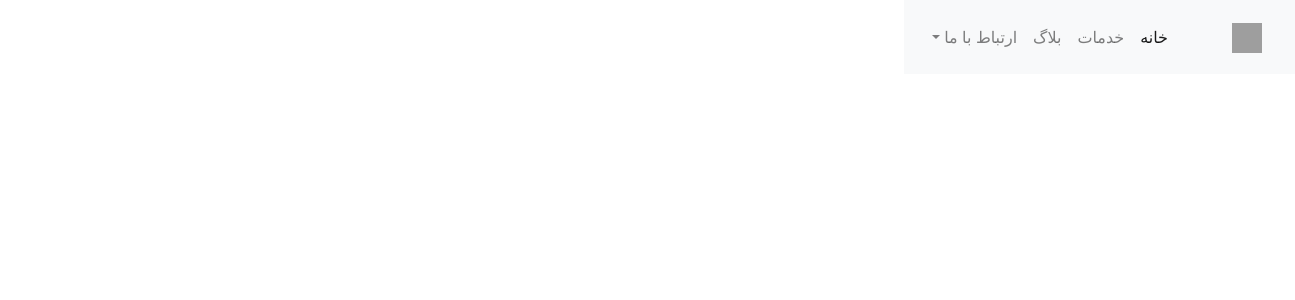
Repository: FENiki/colorlib-accounting
Page: index.html
These files come from the project's save history. The page is drawn as it stood at one moment and after the next save; the edit follows.
The browser window is 1280 px wide. The page is 1295 px wide, so the pictures cover 1295 px, including what lies to the right of the window. The pictures show the whole page.
Pictures or frames that could not be fetched are drawn as grey boxes.

Above is the page before, as saved 2021-07-06 07:23:50.

### index.html
<!DOCTYPE html>
<html lang="en">
  <head>
    <meta charset="utf-8" />
    <meta
      name="viewport"
      content="width=device-width, initial-scale=1, shrink-to-fit=no"
    />
    <title>Pardakhtino</title>

    <link rel="stylesheet" href="/assets/css/bootstrap.min.css" />
    <link rel="stylesheet" href="/assets/css/style.css" />
    <link
      rel="stylesheet"
      href="https://cdnjs.cloudflare.com/ajax/libs/font-awesome/4.7.0/css/font-awesome.min.css"
    />
  </head>
  <body>
<header>
    <div class="row">
<div class="header-row">
  <nav class="navbar navbar-expand-lg navbar-light bg-light">
    <nav class="navbar navbar-light bg-light">
      <a class="navbar-brand" href="#">
        <img src="/assets/images/logo-menu-white.png" width="30" height="30" alt="">
      </a>
    </nav>
    <button class="navbar-toggler" type="button" data-toggle="collapse" data-target="#navbarNavDropdown" aria-controls="navbarNavDropdown" aria-expanded="false" aria-label="Toggle navigation">
      <span class="navbar-toggler-icon"></span>
    </button>
    <div class="collapse navbar-collapse" id="navbarNavDropdown">
      <ul class="navbar-nav">
        <li class="nav-item active">
          <a class="nav-link" href="#" >خانه <span class="sr-only">(current)</span></a>
        </li>
        <li class="nav-item">
          <a class="nav-link" href="#">خدمات</a>
        </li>
        <li class="nav-item">
          <a class="nav-link" href="#">بلاگ</a>
        </li>
        <li class="nav-item dropdown">
          <a class="nav-link dropdown-toggle" href="#" id="navbarDropdownMenuLink" data-toggle="dropdown" aria-haspopup="true" aria-expanded="false">
            ارتباط با ما
          </a>
          <div class="dropdown-menu" aria-labelledby="navbarDropdownMenuLink">
            <a class="dropdown-item" href="#">Action</a>
            <a class="dropdown-item" href="#">Another action</a>
            <a class="dropdown-item" href="#">Something else here</a>
          </div>
        </li>
      </ul>
    </div>
  </nav>
</div>
    </div>
</header>




    <script src="/assets/js/jquery-3.5.1.slim.min.js"></script>
    <script src="/assets/js/popper.min.js"></script>
    <script src="/assets/js/bootstrap.min.js"></script>
  </body>
</html>

### assets/css/style.css
body{
    margin-top: 0;
    padding: 0;
direction: rtl;
}
.header-row{
  height: 45px;

}







@media screen and  (min-width: 300px) and (max-width:576px) {
}

@media screen and (min-width:576px) and (max-width: 768px){

  }
@media screen and (min-width:768px) and (max-width: 922px){

  }
@media screen and  (min-width:992px) and (max-width: 1200px){

  }

Loaded but not shown: assets/css/bootstrap.min.css (library); assets/js/jquery-3.5.1.slim.min.js (library); assets/js/popper.min.js (library); assets/js/bootstrap.min.js (library)

After the next save:
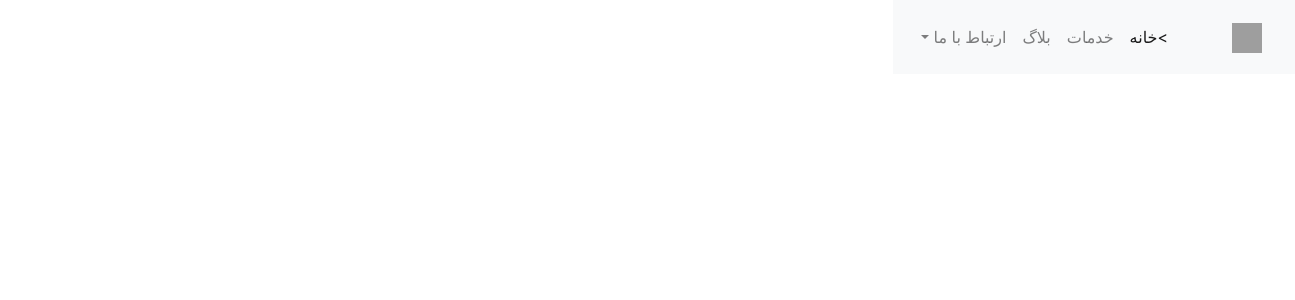
Saved 35 s later.
--- a/index.html
+++ b/index.html
@@ -31,7 +31,7 @@
     <div class="collapse navbar-collapse" id="navbarNavDropdown">
       <ul class="navbar-nav">
         <li class="nav-item active">
-          <a class="nav-link" href="#" >خانه <span class="sr-only">(current)</span></a>
+          <a class="nav-link" href="#" id="navbarDropdownMenuLink" data-toggle="dropdown" aria-haspopup="true" aria-expanded="false">>خانه <span class="sr-only">(current)</span></a>
         </li>
         <li class="nav-item">
           <a class="nav-link" href="#">خدمات</a>

After the save that followed:
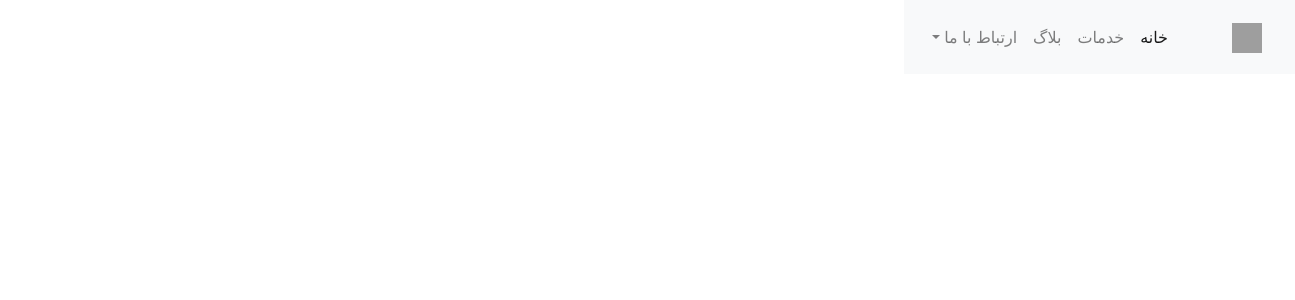
Saved 38 s later.
--- a/index.html
+++ b/index.html
@@ -31,7 +31,7 @@
     <div class="collapse navbar-collapse" id="navbarNavDropdown">
       <ul class="navbar-nav">
         <li class="nav-item active">
-          <a class="nav-link" href="#" id="navbarDropdownMenuLink" data-toggle="dropdown" aria-haspopup="true" aria-expanded="false">>خانه <span class="sr-only">(current)</span></a>
+          <a class="nav-link" href="#" >خانه </a>
         </li>
         <li class="nav-item">
           <a class="nav-link" href="#">خدمات</a>
